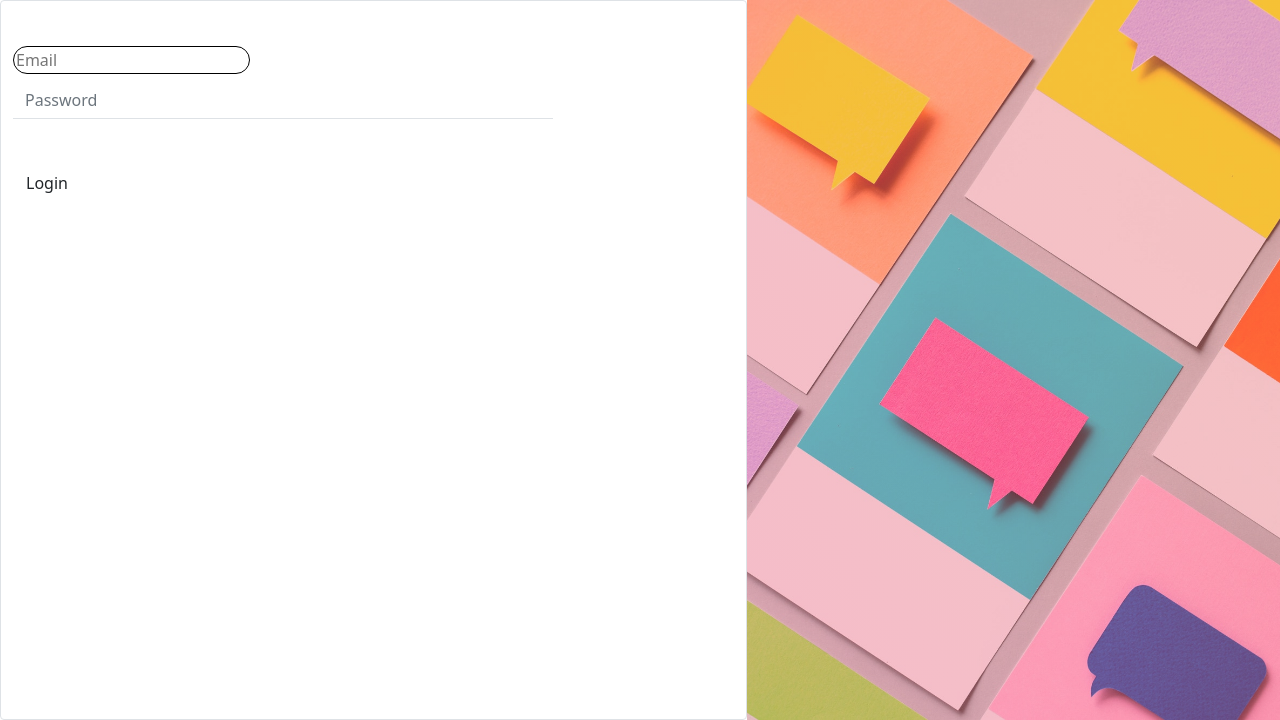
Repository: SaudCh/React-login
Page: /login
These files come from the project's save history. The page is drawn as it stood at one moment and after the next save; the edit follows.
The browser window is 1280 px wide. The pictures show the whole page.
The project was rebuilt for these pictures with package versions that can differ from the ones it lists, and the page was loaded fresh each time. Also part of the build but not shown: src/Components/Register/RegsiterCss.js, src/Components/Register/RegisterValidation.js, src/Components/Register/Register.jsx, src/Components/Home/Home.jsx.

Above is the page before, as saved 2022-02-06 12:17:24.

### src/App.js
import Login from './Components/Login/Login';
import Register from './Components/Register/Register'
import '../node_modules/bootstrap/dist/css/bootstrap.min.css'
import { Routes, Route } from 'react-router-dom'
import Home from './Components/Home/Home';

function App() {
  return (
    <Routes>
      <Route path="login" element={<Login />} />
      <Route path="register" element={<Register />} />
      <Route path="/" element={<Home />} />
      <Route path="*" element={<Register />} />
    </Routes >
  );
}

export default App;

### src/Components/Login/Login.jsx
import React, { useState } from "react";
import "./Login.css";
import { formStyle } from "./logincss";
import axios from "axios";
import { loginValidation } from "./loginValidation";

export default function Login() {
  const [email, setEmail] = useState();
  const [password, setPassword] = useState();
  const [error, setError] = useState("");

  const formSubmit = (e) => {
    setError("");
    e.preventDefault();
    const data = {
      email: email,
      password: password,
    };

    const errors = loginValidation(data);

    if (Object.keys(errors).length !== 0) {
      setError(errors);
      return;
    }

    axios
      .post("http://localhost:5000/api/user/login", data)
      .then(function (response) {
        console.log(response);
      })
      .catch(function (error) {
        let err;
        if (error.response) {
          err = error.response.data.message;
        } else if (error.request) {
          err = error.toJSON().message;
        } else {
          err = error.message;
        }
        setError({ api: err });
      });
  };

  return (
    <div>
      <div className="container-fluid">
        <div className="row">
          <div className="col-10 col-md-7 border rounded">
            <form onSubmit={formSubmit} className="col-9">
              {error.api && <p className="text-danger p-0 m-0">{error.api}</p>}
              <div className="my-2">
                <h4 className="text-white">Login </h4>
              </div>
              <div className="form-group my-2">
                <input
                  value={email}
                  onChange={(email) => setEmail(email.target.value)}
                  type="email"
                  class="login-input-field"
                  id="email"
                  placeholder={"Email"}
                />
                {error.email && (
                  <p className="text-danger p-0 m-0">{error.email}</p>
                )}
              </div>
              <div className="form-group my-2">
                <input
                  style={formStyle}
                  value={password}
                  onChange={(password) => setPassword(password.target.value)}
                  type="password"
                  class="form-control border-bottom"
                  id="password"
                  placeholder="Password"
                />
                {error.password && (
                  <p className="text-danger p-0 m-0">{error.password}</p>
                )}
              </div>
              <div className="my-2">
                <div>
                  <p className="text-white" style={{ fontSize: "0.9rem" }}>
                    New to Website <span>Register</span>
                  </p>
                </div>
                <button className="btn" style={{ backgroundColor: "white" }}>
                  Login
                </button>
              </div>
            </form>
          </div>
          <div className="col-md-5 login-background-image "></div>
        </div>
      </div>
    </div>
  );
}

### src/Components/Login/Login.css
:root {
  --primary: rgba(254, 113, 145, 0.4);
  --secondary: rgba(255, 133, 133, 0.4);
}
.login-background-image {
  height: 100vh;
  width: 100vw;

  background: linear-gradient(to top right, var(--primary), var(--secondary)),
    url("../Images/back.jpg") no-repeat center center / cover;
}
.login-input-field {
  border: 1px solid black;
  border-radius: 25px;
}

input:hover,
input:active,
input:focus,
input:-webkit-autofill {
  outline: 0px !important;
  -webkit-appearance: none;
  box-shadow: none !important;
}
input:-webkit-autofill,
input:-webkit-autofill:focus {
  transition: background-color 600000s 0s, color 600000s 0s;
}

### src/Components/Login/logincss.js
export const formStyle = {
    backgroundColor: "transparent",
    color: "white",
    border: "none",
    borderRadius: 0,
};

### src/Components/Login/loginValidation.js
export const loginValidation = (data) => {
    let errors = {};

    if (!data.email) {
        errors.email = "Email Is Required."
    }
    else if (!/\S+@\S+\.\S+/.test(data.email)) {
        errors.email = "Invalid Email"
    }
    if (!data.password) {
        errors.password = "Password is required."
    }
    else if (data.password.length < 6) {
        errors.password = "Password Must be more than Six Characters"
    }
    return errors;

}

### src/Components/Register/Register.css
.background-image {
  background-image: linear-gradient(rgba(0, 0, 0, 0.2), rgba(0, 0, 0, 0.2)),
    url("../Images/back.jpg");
  background-position: center;
  background-repeat: no-repeat;
  background-size: cover;

  height: 100vh;
  justify-content: center;
  align-items: center;

  position: relative;
  z-index: 1;
}
.background-image::before {
  content: "";
  position: absolute;
  background: inherit;
  top: 0;
  bottom: 0;
  left: 0;
  right: 0;
  filter: blur(1px);
  z-index: -1;
}

.background-text {
  padding: 20px 0px;
  display: flex;
  justify-content: center;
  align-items: center;

  box-shadow: 0 0 1rem 0 rgba(0, 0, 0, 0.2);
  position: relative;
  background: inherit;
  z-index: 1;
}
.background-text::before {
  content: "";
  position: absolute;
  background: inherit;
  top: 0;
  bottom: 0;
  left: 0;
  right: 0;
  box-shadow: inset 0 0 2000px rgba(255, 255, 255, 0.3);
  /* filter: blur(1px); */
  z-index: -1;
}

input:hover,
input:active,
input:focus,
input:-webkit-autofill {
  outline: 0px !important;
  -webkit-appearance: none;
  box-shadow: none !important;
}
input:-webkit-autofill,
input:-webkit-autofill:focus {
  transition: background-color 600000s 0s, color 600000s 0s;
}

Loaded but not shown: public/index.html (common file); src/index.js (common file); src/index.css (common file); src/reportWebVitals.js (common file)

After the next save:
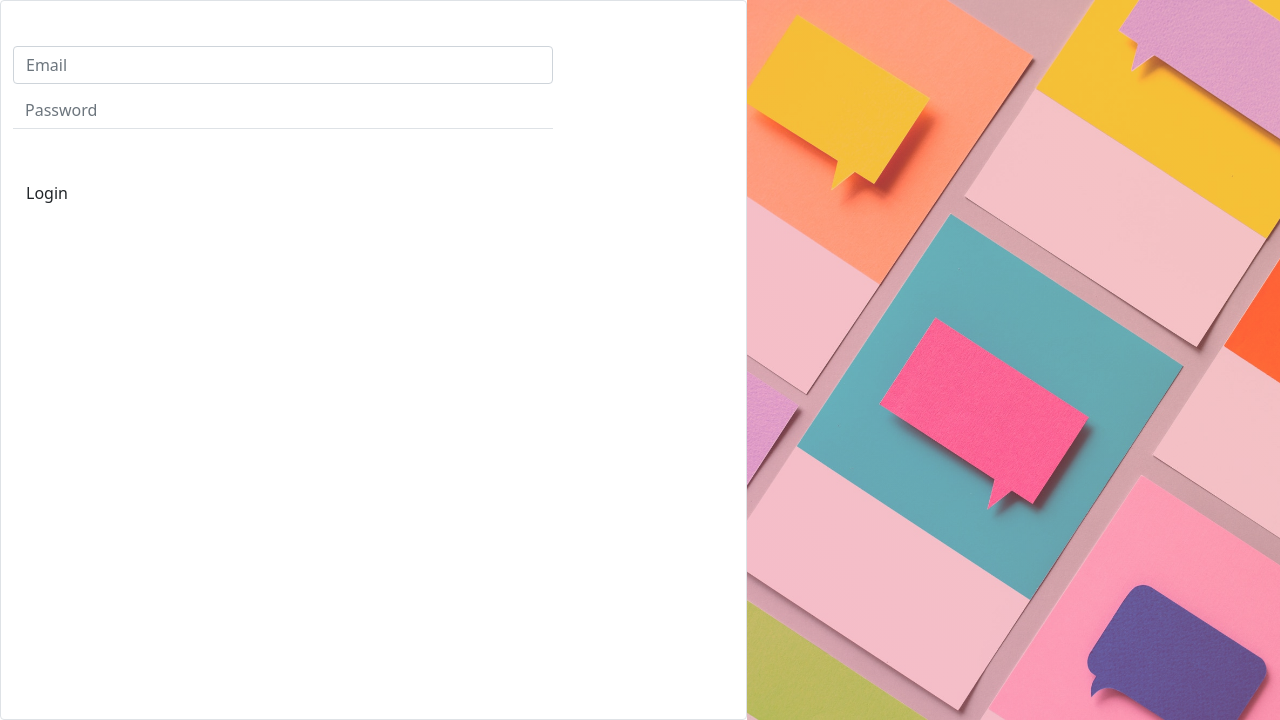
Saved 50 s later.
--- a/src/Components/Login/Login.jsx
+++ b/src/Components/Login/Login.jsx
@@ -57,7 +57,7 @@ export default function Login() {
                   value={email}
                   onChange={(email) => setEmail(email.target.value)}
                   type="email"
-                  class="login-input-field"
+                  class="form-control"
                   id="email"
                   placeholder={"Email"}
                 />
